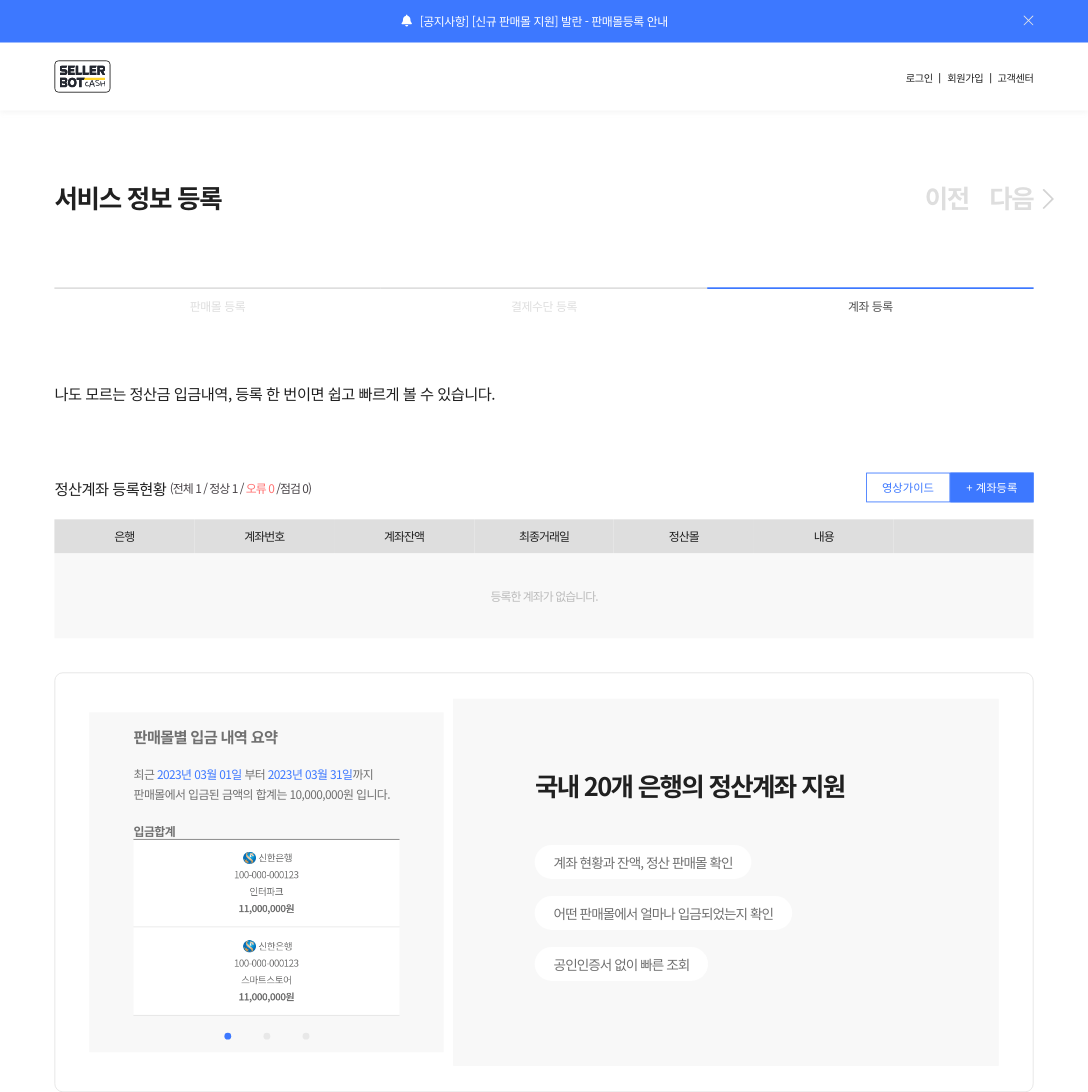
Repository: elemapfelr/ownServer
Page: test-server/web/sellerbot_signup/step_07.html
These files come from the project's save history. The page is drawn as it stood at one moment and after the next save; the edit follows.
The browser window is 1280 px wide. The pictures show the whole page, at 85% of full size.
Some web libraries are served in a nearby version. The style sheet was rebuilt from its Sass, Less or Tailwind sources for each picture, by a compiler version that may differ from the author's.

Above is the page before, as saved 2023-03-15 11:54:19.

### test-server/web/sellerbot_signup/step_07.html
<!DOCTYPE html>
<html lang="ko">

<head>
	<meta charset="UTF-8">
	<meta http-equiv="X-UA-Compatible" content="IE=edge">
	<meta name="viewport" content="width=device-width, initial-scale=1.0">
	<title>셀러봇캐시 회원가입</title>
	<link rel="stylesheet" href="./css/step_07.css">
	<script type="module" src="./js/step_07.js" defer></script>
	<script src="https://kit.fontawesome.com/133e10f389.js" crossorigin="anonymous"></script>
</head>

<body>
	<header>
		<div class="top">
			<div class="notification">
				<div class="text">
					<i class="fa-solid fa-bell"></i>
					<p>[공지사항] [신규 판매몰 지원] 발란 - 판매몰등록 안내</p>
				</div>
				<button><img src="./img/xmark.svg" alt="xmark"></button>
			</div>
		</div>
		<div class="bottom">
			<div class="logo"><img src="./img/sellerbotLogo.svg" alt="sellerbot"></div>
			<div class="right">
				<button>로그인</button>
				<span></span>
				<button>회원가입</button>
				<span></span>
				<button>고객센터</button>
			</div>
		</div>
	</header>
	<main>
		<section>
			<button class="fixed2" id="prevStep">
				<span>이전</span>
			</button>
			<button class="fixed" id="nextStep">
				<span>다음</span>
				<img src="./img/rightArrow.svg" />
			</button>
			<article id="top">
				<div class="title">
					<h1>서비스 정보 등록</h1>
				</div>
				<div class="processBar">
					<div class="first step">
						<span class="line"></span>
						<p>판매몰 등록</p>
					</div>
					<div class="second step">
						<span class="line"></span>
						<p>결제수단 등록</p>
					</div>
					<div class="third step active">
						<span class="line"></span>
						<p>계좌 등록</p>
					</div>
				</div>
			</article>
			<article id="accountReg">
				<p class="topText">나도 모르는 정산금 입금내역, 등록 한 번이면 쉽고 빠르게 볼 수 있습니다.</p>
				<div class="tableTop">
					<div class="left">
						<p>정산계좌 등록현황</p>
						<span>(<b>전체 1</b> / <b>정상 1</b> / <b class="err">오류 0</b> /<b>점검 0</b>)</span>
					</div>
					<div class="right">
						<button class="blue_outline" id="vidGuide">영상가이드</button>
						<button class="blue" id="regAcc">+ 계좌등록</button>
					</div>
				</div>
				<table id="accountList">
					<thead>
						<tr>
							<td>은행</td>
							<td>계좌번호</td>
							<td>계좌잔액</td>
							<td>최종거래일</td>
							<td>정산몰</td>
							<td>내용</td>
							<td></td>
						</tr>
					</thead>
					<tbody>
						<tr class="noData">
							<td colspan="7">등록한 계좌가 없습니다.</td>
						</tr>
					</tbody>
				</table>
			</article>
			<article id="extraInfo">
				<div class="left">
					<div class="content">
						<h4>판매몰별 입금 내역 요약</h4>
						<p>최근 <b>2023년 03월 01일</b> 부터 <b>2023년 03월 31일</b>까지<br>
							판매몰에서 입금된 금액의 합계는 10,000,000원 입니다.</p>
						<h5>입금합계</h5>
						<img src="./img/step_07_img_01.png" alt="summary">
						<ul class="bottomUl">
							<li class="active"></li>
							<li></li>
							<li></li>
						</ul>
					</div>
				</div>
				<div class="right">
					<div class="content">
						<h3>국내 20개 은행의 정산계좌 지원</h3>
						<p>계좌 현황과 잔액, 정산 판매몰 확인</p>
						<p>어떤 판매몰에서 얼마나 입금되었는지 확인</p>
						<p>공인인증서 없이 빠른 조회</p>
					</div>
				</div>
			</article>
		</section>
	</main>
</body>

</html>

### test-server/web/sellerbot_signup/css/scss/step_07.scss
@import "./common", "./modal";

article#accountReg {
    margin-top: 80px;

    p.topText {
        font-size: 18px;
        letter-spacing: -0.65px;
        text-align: left;
        color: #202020;
        margin-bottom: 80px;
    }

    .tableTop {
        display: flex;
        align-items: center;
        justify-content: space-between;

        .left {
            display: flex;
            align-items: center;

            p {
                font-size: 18px;
                font-weight: 500;
                letter-spacing: -0.65px;
                text-align: left;
                color: #202020;
            }

            span {
                margin-left: 4px;
                font-size: 14px;
                letter-spacing: -1.12px;
                text-align: left;
                color: #474246;

                b {
                    font-weight: normal;

                    &.err {
                        color: #ff7070;
                    }
                }
            }
        }

        .right {
            display: flex;
            align-items: center;

            button {
                padding: 7px 18px;
                box-sizing: border-box;
                border: 1px solid #3d78ff;
                cursor: pointer;

                &.blue_outline {
                    background-color: #fff;
                    color: #3d78ff;
                }

                &.blue {
                    background-color: #3d78ff;
                    color: white;
                }
            }
        }
    }

    table#accountList {
        width: 100%;
        margin-top: 20px;
        table-layout: fixed;
        border-collapse: collapse;
        border-spacing: 0;

        thead {
            tr {
                td {
                    text-align: center;
                    background-color: #dedede;
                    font-size: 14px;
                    letter-spacing: -1.12px;
                    text-align: center;
                    color: #202020;
                    padding: 10px 0;
                }
            }
        }

        tbody {
            background-color: #f8f8f8;

            tr.noData {
                td {
                    text-align: center;
                    font-size: 14px;
                    letter-spacing: -1.12px;
                    color: #bbb;
                    padding: 40px 0;
                }
            }

            tr{
                td{
                    padding: 10px 0;
                    text-align: center;
                    &[data-bank="shinhan"]{
                        position: relative;
                        &::before{
                            content: '';
                            display: block;
                            top: 50%;
                            left: 25px;
                            transform: translateY(-50%);
                            width: 20px;
                            height: 20px;
                            position: absolute;
                            background: center/ contain no-repeat url(./../img/logoShinhan.png);
                            z-index: 1;
                        }
                    }

                    button{
                        border: none;
                        background: none;
                        outline: none;
                        cursor: pointer;
                    }
                }
            }
        }
    }
}

article#extraInfo {
    border: 1px solid #e3e3e3;
    border-radius: 10px;
    background-color: #fff;
    padding: 30px 40px;
    box-sizing: border-box;
    display: flex;
    align-items: center;
    justify-content: space-between;
    margin-top: 40px;

    .left {
        width: 39%;
        padding: 15px 0;
        background-color: #f8f8f8;

        .content {
            width: 75%;
            margin: 0 auto;
        }

        h4 {
            font-size: 18px;
            font-weight: bold;
            letter-spacing: -0.9px;
            text-align: left;
            color: #707070;
            margin-bottom: 20px;
        }

        p {
            font-size: 14px;
            line-height: 1.71;
            letter-spacing: -0.7px;
            text-align: left;
            color: #707070;

            b {
                font-weight: normal;
                color: #3d78ff;
            }
        }

        h5 {
            margin-top: 20px;
            font-size: 14px;
            font-weight: bold;
            letter-spacing: -0.7px;
            text-align: left;
            color: #707070;
        }

        img {
            width: 100%;
        }

        ul.bottomUl {
            width: 100px;
            height: auto;
            margin: 0 auto;
            margin-top: 20px;
            display: flex;
            align-items: center;
            justify-content: space-between;

            li {
                width: 8px;
                height: 8px;
                border-radius: 8px;
                background-color: #e8e8e8;

                &.active {
                    background-color: #3d78ff;
                }
            }
        }
    }

    .right {
        width: 60%;
        padding: 80px 0;
        background-color: #f8f8f8;

        .content {
            width: 70%;
            margin: 0 auto;

            h3 {
                font-size: 30px;
                letter-spacing: -2px;
                text-align: left;
                color: #202020;
                margin-bottom: 48px;
            }

            p {
                display: inline-block;
                padding: 8px 22px;
                background-color: white;
                border-radius: 20px;
                font-size: 16px;
                font-weight: 500;
                letter-spacing: -1.12px;
                text-align: left;
                color: #707070;
                margin-bottom: 20px;
            }
        }
    }
}

.modal#modal_01 {
    .popupBody {
        width: 530px;
        max-height: 100vh;

        .head {
            width: 100%;
            height: auto;
            background-color: #f2f2f2;
            display: flex;
            align-items: center;
            justify-content: space-between;
            padding: 20px 34px;
            box-sizing: border-box;

            h5 {
                font-size: 18px;
                font-weight: bold;
                letter-spacing: -0.9px;
                text-align: center;
                color: #22262f;

                img {
                    display: inline;
                    cursor: pointer;
                }
            }
        }

        .body {
            padding: 30px 30px 40px 30px;
            box-sizing: border-box;

            p {
                font-size: 14px;
                line-height: 1.71;
                letter-spacing: -0.98px;
                text-align: left;
                color: #202020;

                &.red {
                    color: #ee0000;
                }
            }

            form {
                margin-top: 30px;

                p {
                    font-size: 14px;
                    font-weight: 500;
                    letter-spacing: -0.98px;
                    color: #474246;
                }

                a {
                    font-size: 14px;
                    line-height: 1.43;
                    letter-spacing: -0.98px;
                    text-align: right;
                    color: #3d78ff;
                    text-decoration: underline;
                }

                .titleFlex {
                    display: flex;
                    align-items: center;
                    justify-content: space-between;
                }

                .row,
                .flexRow {
                    position: relative;
                    margin-top: 3px;
                    margin-bottom: 30px;

                    span.underMsg {
                        font-size: 12px;
                        font-weight: 500;
                        line-height: 1.67;
                        letter-spacing: -0.84px;
                        text-align: left;
                        color: #bbb;
                        position: absolute;
                        top: 100%;
                        left: 4px;

                        b {
                            font-weight: 500;
                            color: #3d78ff;
                        }

                        &.red {
                            color: #ff7070;
                            display: none;
                        }
                    }

                    span.errMsg {
                        font-size: 12px;
                        font-weight: 500;
                        line-height: 1.67;
                        letter-spacing: -0.84px;
                        text-align: left;
                        color: #ff7070;
                        position: absolute;
                        top: calc(100% + 20px);
                        left: 4px;
                        display: none;
                    }
                }

                .row {
                    margin-bottom: 30px;

                    input {
                        width: 100%;
                        outline: none;
                        border: 1px solid #e2e2e2;
                        padding: 12px 0;
                        text-indent: 10px;
                        font-size: 12px;
                    }

                    select {
                        width: 100%;
                        outline: none;
                        border: 1px solid #e2e2e2;
                        padding: 10px 0;
                        text-indent: 10px;
                        font-size: 12px;
                        letter-spacing: -0.84px;
                        color: #bbb;

                        &:focus {
                            outline: 2px solid black;
                        }

                        &:disabled {
                            background-color: #f0f0f0;
                        }
                    }
                }

                .flexRow {
                    display: flex;
                    align-items: center;
                    justify-content: space-between;

                    input {
                        width: calc(100% - 110px);
                        outline: none;
                        border: 1px solid #e2e2e2;
                        padding: 12px 0;
                        text-indent: 10px;
                        font-size: 12px;
                    }

                    button {
                        width: 100px;
                        outline: none;
                        border: 1px solid #e6e6e6;
                        padding: 12px 0;
                        background-color: #e6e6e6;
                        color: #ababab;
                        font-size: 12px;
                        letter-spacing: -0.84px;
                        cursor: pointer;

                        &.blue {
                            background-color: #3d78ff;
                            color: white;
                        }

                        &:disabled {
                            background-color: #f0f0f0;
                            color: #ababab;
                            pointer-events: none;
                        }
                    }
                }
            }

            .bottomDiv {
                display: flex;
                align-items: center;
                justify-content: center;
                position: relative;

                button {
                    width: 100px;
                    padding: 9px 0;
                    box-sizing: border-box;
                    border: 1px solid #3d78ff;
                    cursor: pointer;

                    &.gray {
                        background-color: #f2f2f2;
                        color: #bbb;
                        border: 1px solid #e2e2e2;
                        position: absolute;
                        top: 0;
                        left: 0;
                    }

                    &.blue_outline {
                        background-color: #fff;
                        color: #3d78ff;
                    }

                    &.blue {
                        background-color: #3d78ff;
                        color: white;
                    }
                }
            }
        }
    }
}

.modal#modal_02 {
    .popupBody {
        width: 380px;
        max-height: 90vh;

        .popupWrap {
            padding: 20px 16px;
            box-sizing: border-box;

            .grayBox {
                padding: 18px 12px;
                border: 1px solid #efefef;
                background-color: #f2f2f2;
                box-sizing: border-box;
                margin-bottom: 26px;

                p {
                    font-size: 14px;
                    line-height: 1.57;
                    letter-spacing: -0.5px;
                    text-align: left;
                    color: #202020;
                }
            }

            span.line {
                display: block;
                width: 100%;
                height: 1px;
                background-color: #202020;
                margin: 9px 0;
            }

            pre {
                white-space: pre-line;
                font-size: 14px;
                letter-spacing: -0.5px;
                text-align: left;
                color: #202020;

                a {
                    color: #3d78ff;
                }
            }

            button {
                display: block;
                width: 100px;
                padding: 9px 0;
                box-sizing: border-box;
                border: 1px solid #3d78ff;
                cursor: pointer;
                background-color: #fff;
                color: #3d78ff;
                margin: 40px auto 0 auto;
            }
        }
    }
}

### test-server/web/sellerbot_signup/css/scss/_modal.scss
.modal {
	position: fixed;
	top: 0;
	left: 0;
	width: 100%;
	height: 100%;
	background-color: transparentize(#202020, .4);
	align-items: center;
	justify-content: center;
	z-index: 1000;
	overflow: hidden;
	display: flex;
	padding: 0 30px;
	box-sizing: border-box;

	.layerPopup {
		width: fit-content;
		height: auto;
		margin: 0 auto;
		box-sizing: border-box;
		overflow: hidden;
		position: relative;

		.popupHead {
			width: 100%;
			height: 40px;
			display: flex;
			justify-content: right;
			align-items: flex-start;

			button {
				cursor: pointer;
				border: none;
				background: none;

				span {
					font-size: 16px;
					font-weight: 300;
					letter-spacing: -1.12px;
					text-align: left;
					color: #fff;
				}
			}
		}

		.popupBody {
			width: 100%;
			height: auto;
			background-color: white;
			max-height: 70vh;
			overflow-y: auto;
			overflow-x: hidden;

			&::-webkit-scrollbar {
                width: 12px;
                height: 12px;
            }

            &::-webkit-scrollbar-track {
                background-color: #fff;
                border: 1px solid #e2e2e2;
            }

            &::-webkit-scrollbar-thumb {
                background-color: #f2f2f2;
                border: 1px solid #e2e2e2;
            }

			h1{
				font-size: 24px;
				font-weight: bold;
				letter-spacing: -1.92px;
				text-align: center;
				color: #202020;
			}
		}

		.btnBox {
			width: 100%;
			height: auto;
			margin: 0 auto;
			display: flex;
			align-items: center;

			button {
				width: 100%;
				outline: none;
				padding: 15px 0;
				cursor: pointer;
				border: none;
				font-size: 16px;
				font-weight: 500;
				letter-spacing: -1.12px;
				text-align: center;
				color: #2e1e00;
				// background-color: ;
			}
		}
	}
}

Loaded but not shown: test-server/web/sellerbot_signup/js/step_07.js (146 lines, source omitted); test-server/web/sellerbot_signup/js/import/createElement.js (65 lines, source omitted); test-server/web/sellerbot_signup/js/import/modalShow.js (54 lines, source omitted); test-server/web/sellerbot_signup/css/scss/_common.scss (466 lines, source omitted)

After the next save:
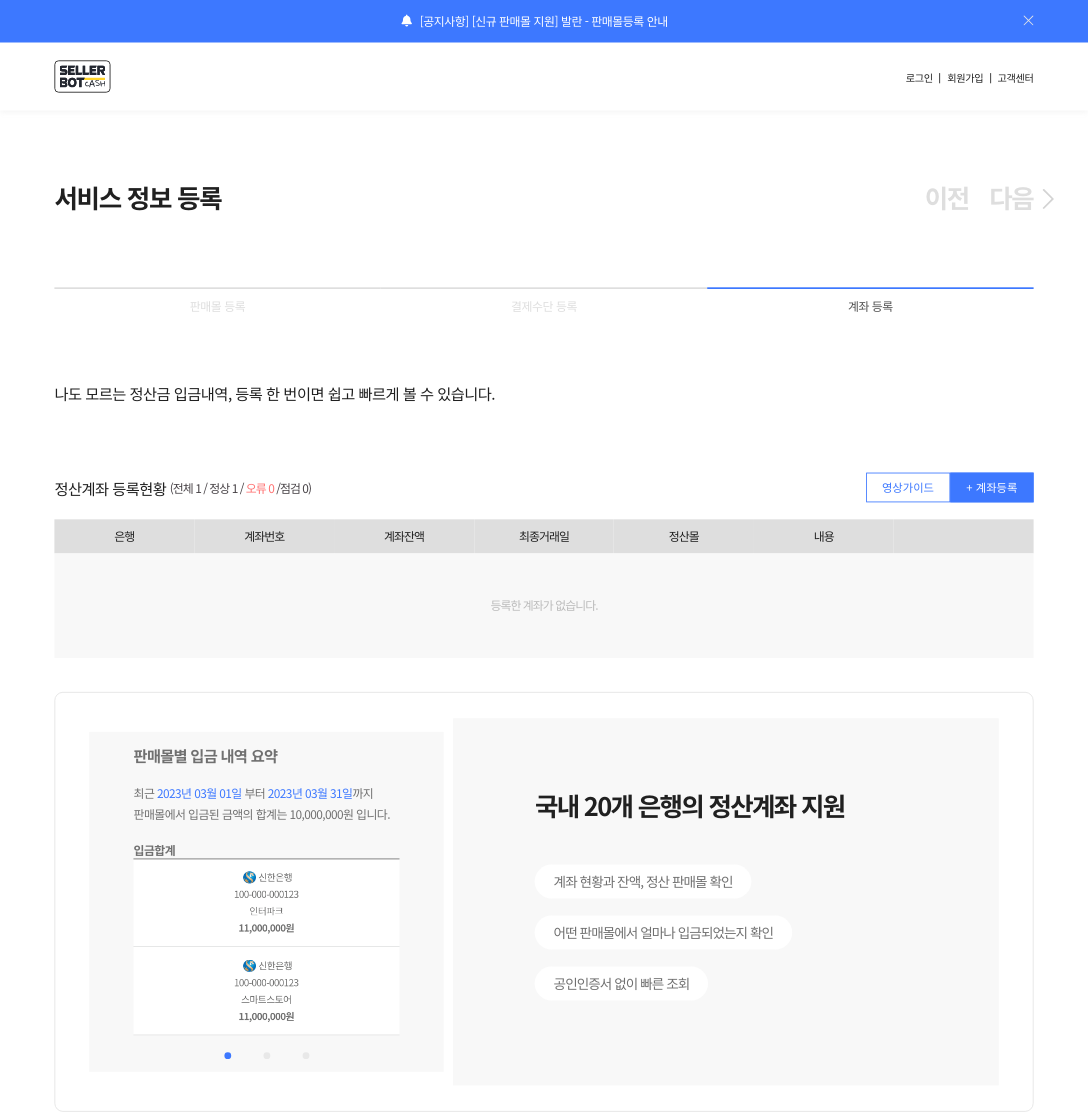
Saved 19 s later.
--- a/test-server/web/sellerbot_signup/css/scss/step_07.scss
+++ b/test-server/web/sellerbot_signup/css/scss/step_07.scss
@@ -106,6 +106,15 @@
                 td{
                     padding: 10px 0;
                     text-align: center;
+                    font-size: 14px;
+                    font-weight: normal;
+                    font-stretch: normal;
+                    font-style: normal;
+                    line-height: 3.07;
+                    letter-spacing: -1.12px;
+                    text-align: left;
+                    color: #fff;
+
                     &[data-bank="shinhan"]{
                         position: relative;
                         &::before{
